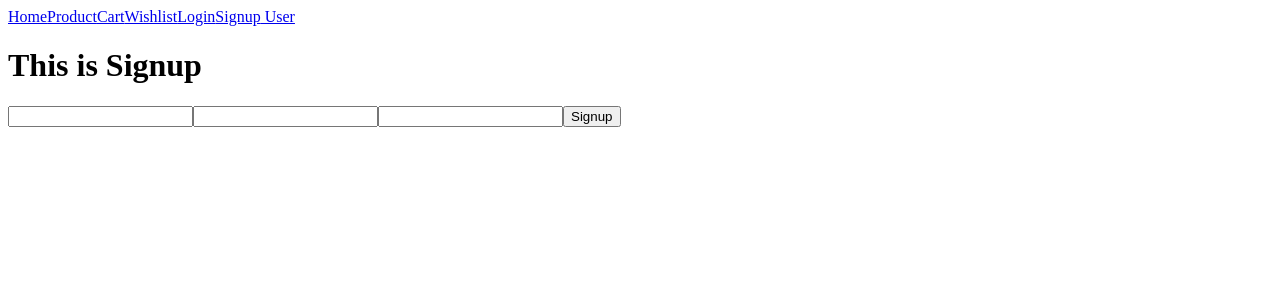
Repository: Irfan-vit/shoecase
Page: /signup
These files come from the project's save history. The page is drawn as it stood at one moment and after the next save; the edit follows.
The browser window is 1280 px wide. The pictures show the whole page.
The page's requests for data from a server got no answer. The project was rebuilt for these pictures with package versions that can differ from the ones it lists, and the page was loaded fresh each time. No one was signed in, and anything a server would have sent is missing. Also part of the build but not shown: src/pages/home/HomePage.jsx, src/pages/Product/ProductPage.jsx, src/pages/cart/CartPage.jsx, src/pages/wishlist/WishlistPage.jsx, src/pages/Login/LoginPage.jsx, src/pages/user/User.jsx, src/components/RequiresAuth.jsx.

Above is the page before, as saved 2023-05-19 19:30:56.

After the next save:
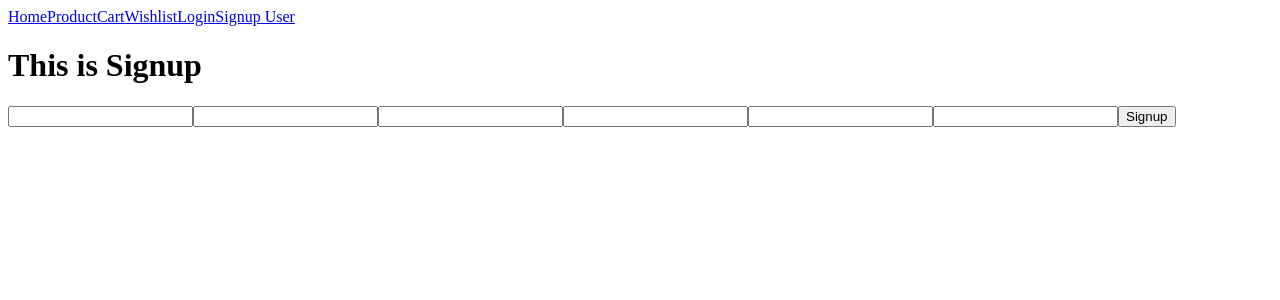
Saved 5 s later.
--- a/src/pages/Signup/SignupPage.jsx
+++ b/src/pages/Signup/SignupPage.jsx
@@ -25,6 +25,15 @@ const Signup = () => {
         <label htmlFor="building">
           <input type="text" name="building" />
         </label>
+        <label htmlFor="building">
+          <input type="text" name="building" />
+        </label>
+        <label htmlFor="building">
+          <input type="text" name="building" />
+        </label>
+        <label htmlFor="building">
+          <input type="text" name="building" />
+        </label>
         <button>Signup</button>
       </form>
     </>
